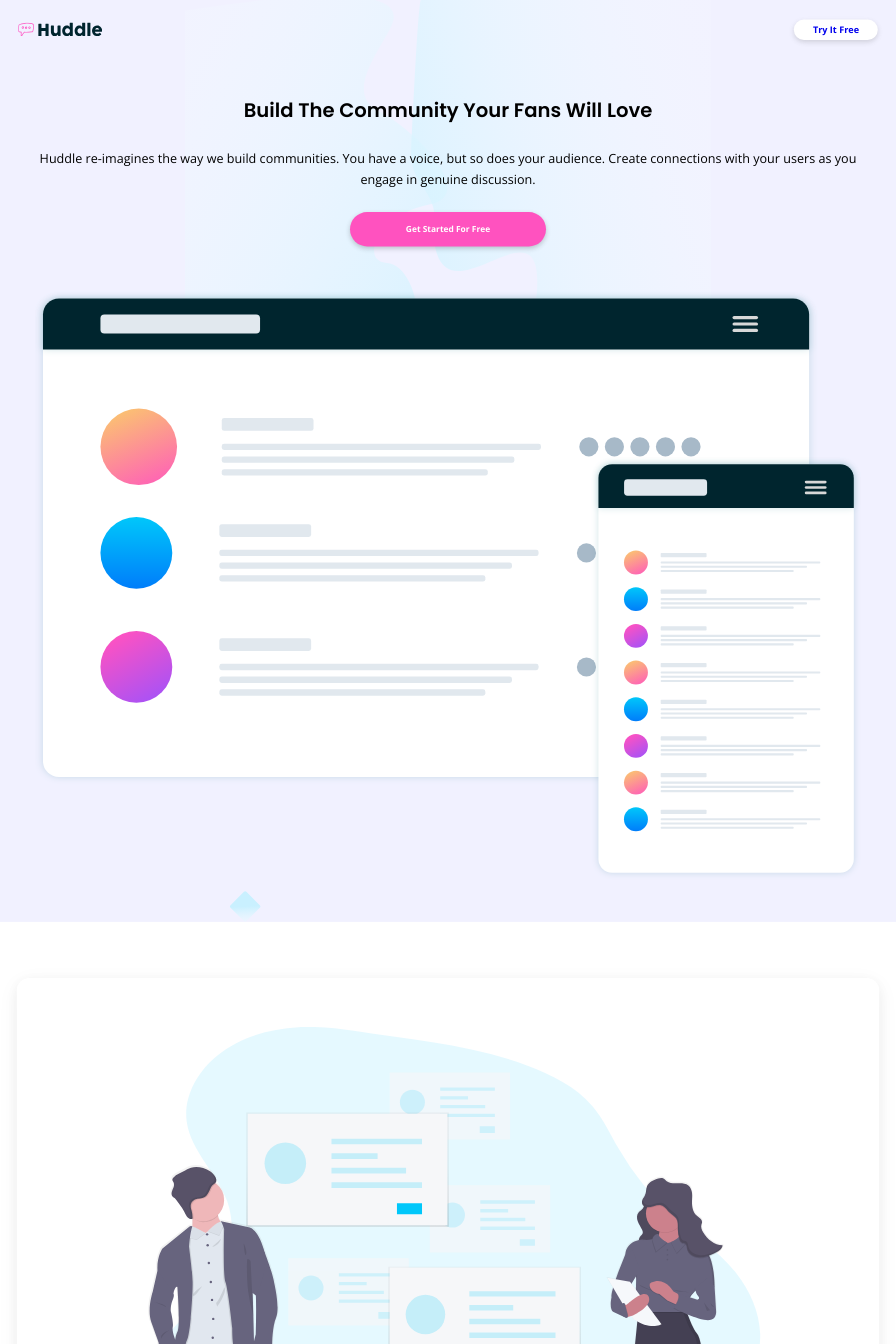
Repository: DejV44/Huddle-landing-page
Page: index.html
The author's editor kept a copy of each file at every save. The page is drawn from the files as they stood at one save, then again after the next save.
The browser window is 1280 px wide. The pictures show the part of the page from y = 0 to 1920 px (the page is 5273 px tall before and 5241 px after), at 70% of full size.
The style sheet was rebuilt from its Sass, Less or Tailwind sources for each picture, by a compiler version that may differ from the author's.

Above is the page before, as saved 2021-08-20 08:41:51.

After the next save:
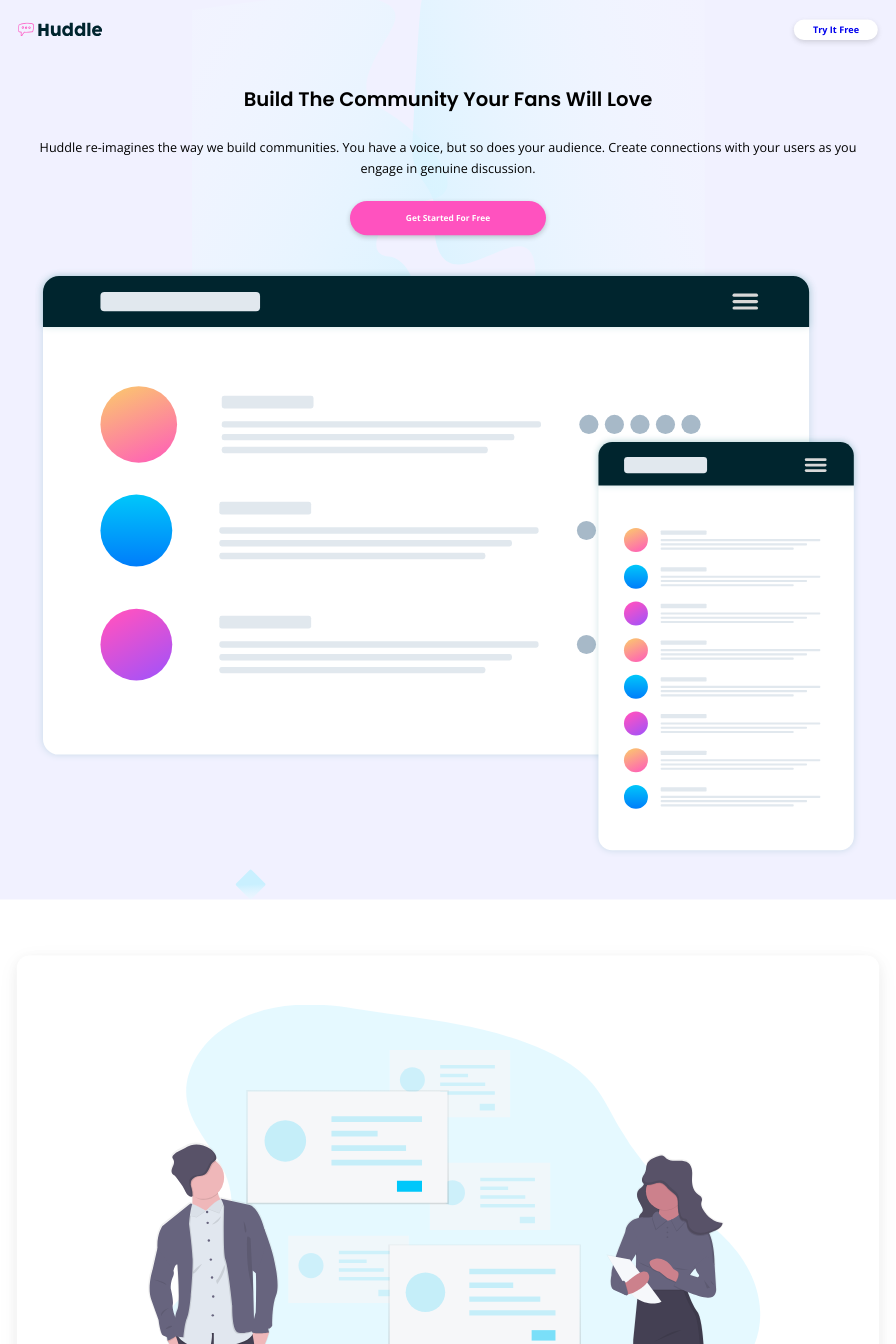
Saved 14 s later.
--- a/css/_header.scss
+++ b/css/_header.scss
@@ -33,7 +33,7 @@ header {
         margin: 0 auto;
 
         .building {
-            margin: 3rem 3rem;
+            margin: 2rem 3rem;
 
 
 
